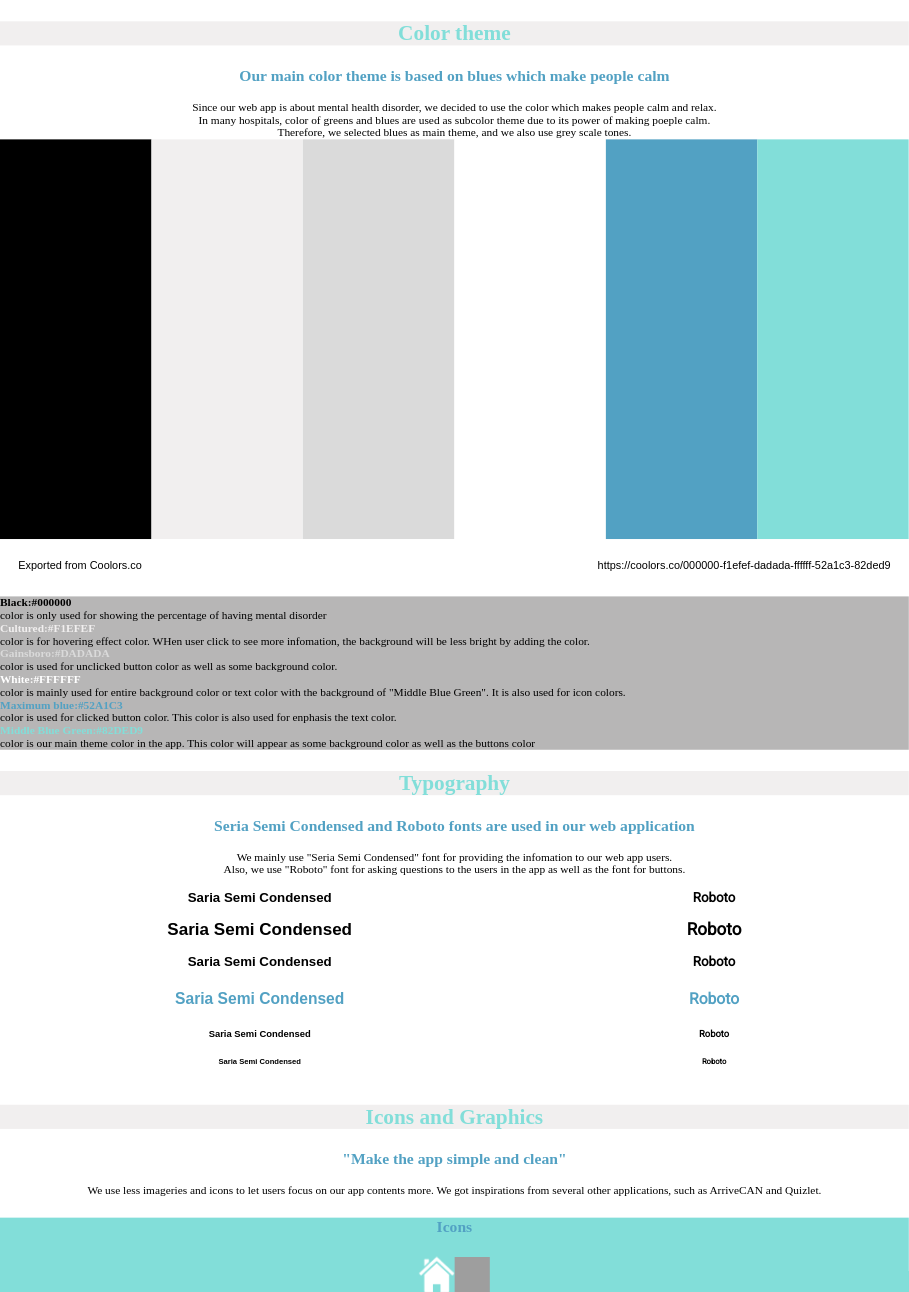
Repository: zzs1/style-guide
Page: style guide/Chisaki_styleGuide_part2/index.html
These files come from the project's save history. The page is drawn as it stood at one moment and after the next save; the edit follows.
The browser window is 1280 px wide. The pictures show the whole page, at 71% of full size.
Pictures or frames that could not be fetched are drawn as grey boxes. Some web fonts or font styles are not loaded; a fallback is used.

Above is the page before, as saved 2021-03-21 20:59:09.

### style guide/Chisaki_styleGuide_part2/index.html
<!DOCTYPE html>
<html lang="en">
<head>
  <meta charset="UTF-8">
  <meta name="viewport" content="width=device-width, initial-scale=1.0">
  <title>Style guide - Colour Palette & Typography, Imagery, Graphics -</title>
  <link href ="style.css" rel="stylesheet" />
  <link href="https://fonts.googleapis.com/css2?family=Saira+Semi+Condensed:wght@500&display=swap" rel="stylesheet">
  <link href="https://fonts.googleapis.com/css2?family=Roboto&display=swap" rel="stylesheet">
</head>
<body>
  <div id="main">
    <article>
      <!--Color theme section starts-->
      <section>
        <h1 class="title">Color theme</h1>
        <h3 class="subtitle">Our main color theme is based on blues which make people calm</h3>
        <p>
          Since our web app is about mental health disorder, we decided to use the color which makes people calm and relax.<br>
          In many hospitals, color of greens and blues are used as subcolor theme due to its power of making poeple calm.<br>
          Therefore, we selected blues as main theme, and we also use grey scale tones.
        </p>
        <div id="colorbox">
          <img src="palette.svg" alt="color pallette">
          <p style="background-color: rgb(183, 182, 182); text-align: left; display: flex; flex-direction: column;">
            <strong style="color:#000000;">Black:#000000</strong> color is only used for showing the percentage of having mental disorder<br>
            <strong style="color:#F1EFEF;">Cultured:#F1EFEF</strong> color is for hovering effect color. WHen user click to see more infomation, the background will be less bright by adding the color.<br>
            <strong style="color:#DADADA;">Gainsboro:#DADADA</strong> color is used for unclicked button color as well as some background color.<br>
            <strong style="color:#FFFFFF;">White:#FFFFFF</strong> color is mainly used for entire background color or text color with the background of "Middle Blue Green". It is also used for icon colors.<br>
            <strong style="color:#52A1C3;">Maximum blue:#52A1C3</strong> color is used for clicked button color. This color is also used for enphasis the text color.<br>
            <strong style="color:#82DED9;">Middle Blue Green:#82DED9</strong> color is our main theme color in the app. This color will appear as some background color as well as the buttons color<br>
          </p>
        </div>
      </section>

      <!--typography section starts-->
      <section id="typo">
        <h1 class="title">Typography</h1>
        <h3 class="subtitle">
          Seria Semi Condensed and Roboto fonts are used in our web application
        </h3>
        <p>
          We mainly use "Seria Semi Condensed" font for providing the infomation to our web app users.<br>
          Also, we use "Roboto" font for asking questions to the users in the app as well as the font for buttons.<br>
        </p>
        <div id="typobox">
          <div id="saria">
            <h1>Saria Semi Condensed</h1>
            <h2>Saria Semi Condensed</h2>
            <h3>Saria Semi Condensed</h3>
            <h4>Saria Semi Condensed</h4>
            <h5>Saria Semi Condensed</h5>
            <h6>Saria Semi Condensed</h6>
          </div>
          <div id="roboto">
            <h1>Roboto</h1>
            <h2>Roboto</h2>
            <h3>Roboto</h3>
            <h4>Roboto</h4>
            <h5>Roboto</h5>
            <h6>Roboto</h6>
          </div>
      </div>
      </section>

      <!--icon section starts-->
      <section>
        <h1 class="title">Icons and Graphics</h1>
        <h3 class="subtitle">
          "Make the app simple and clean"
        </h3>
        <p>
          We use less imageries and icons to let users focus on our app contents more. We got inspirations from several other applications, such as ArriveCAN and Quizlet.
        </p>
        <div id="iconbox">
          <h4>Icons</h4>
          <div id="imgcontainer">
          <img src="home_white.png" alt="home icon" width="50px" height="50px" />
          <img src="back.svg" alt="back home arrow" width="50px" height="50px" />
        </div>
        </div>
        <div id="graphicbox">

        </div>
      </section>
  </article>
  </div>
</body>
</html>

### style guide/Chisaki_styleGuide_part2/style.css
body, html{
  margin:0;
  text-align:center;
}
p{
  margin:0;
}
.title{
  font-size:30px;
  color:#82DED9;
  background-color: #F1EFEF;
}
.subtitle, h4{
  font-size:22px;
  color:#52A1C3;
}

#typobox{
  display:flex;

}
#saria {
  font-family: 'Saira Semi Condensed', sans-serif;
  flex-grow: 1;

}
#roboto {
  font-family: 'Roboto', sans-serif;
  flex-grow: 1;
}
#iconbox {
  background-color: #82DED9;
}

#imgcontainer {
  display:flex;
  justify-content: center;
  margin:0 20px;
}

After the next save:
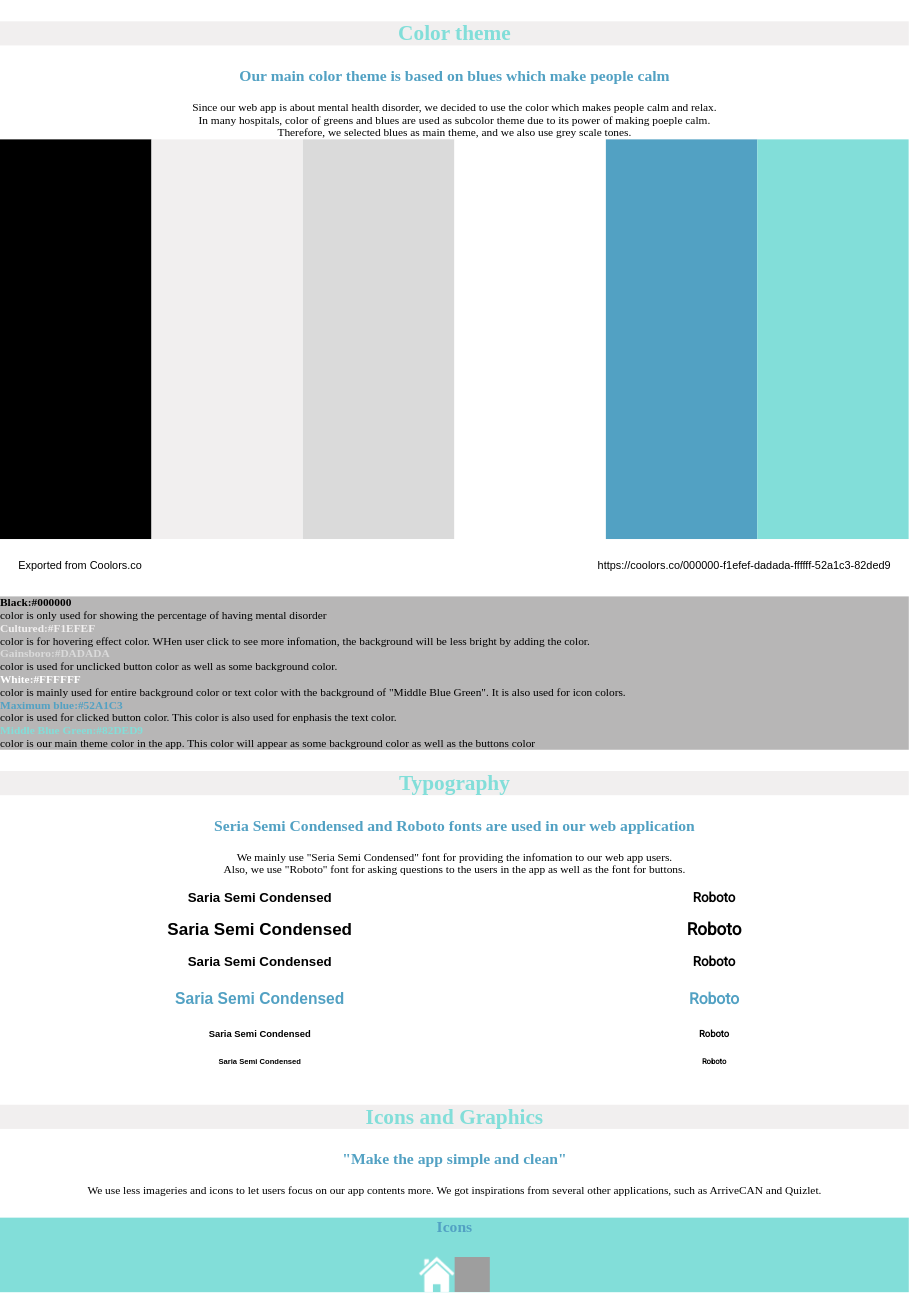
Saved 17 s later.
--- a/style guide/Chisaki_styleGuide_part2/style.css
+++ b/style guide/Chisaki_styleGuide_part2/style.css
@@ -35,5 +35,5 @@
 #imgcontainer {
   display:flex;
   justify-content: center;
-  margin:0 20px;
+  margin:20px;
 }

After the save that followed:
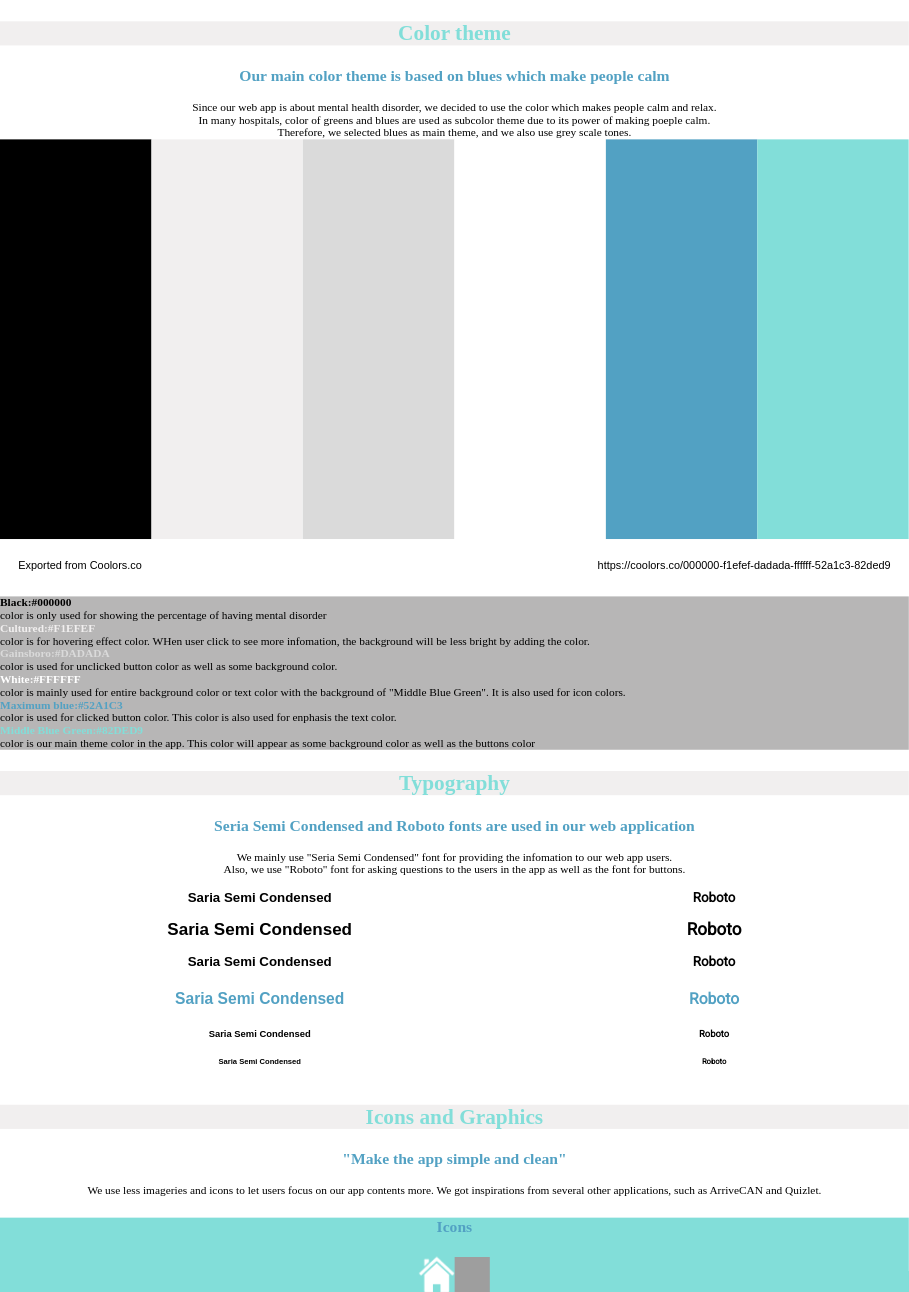
Saved 43 s later.
--- a/style guide/Chisaki_styleGuide_part2/style.css
+++ b/style guide/Chisaki_styleGuide_part2/style.css
@@ -34,6 +34,5 @@
 
 #imgcontainer {
   display:flex;
-  justify-content: center;
-  margin:20px;
+  justify-content: center
 }
